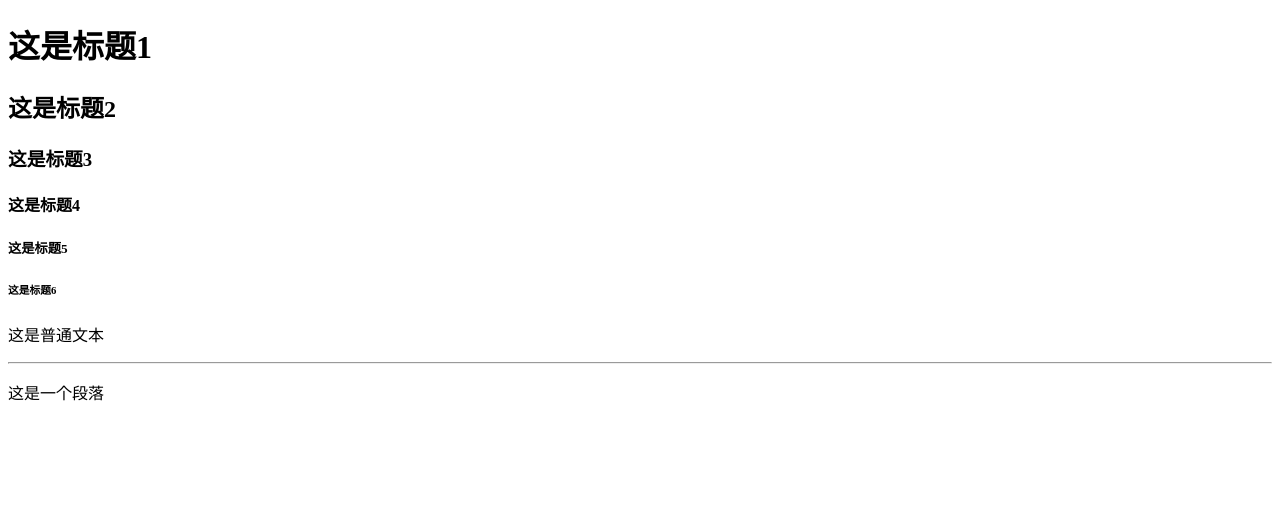
Repository: weizhang05g/learninghtml
Page: html标题段落.html
These files come from the project's save history. The page is drawn as it stood at one moment and after the next save; the edit follows.
The browser window is 1280 px wide. The pictures show the whole page.

Above is the page before, as saved 2019-12-19 09:17:05.

After the next save:
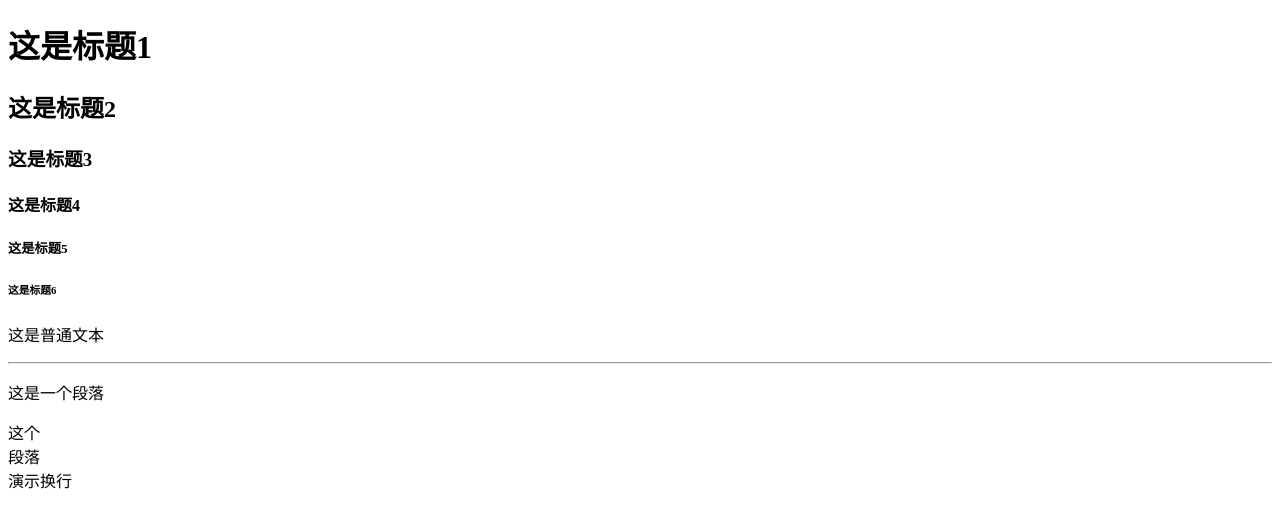
Saved 77 s later.
--- a/html标题段落.html
+++ b/html标题段落.html
@@ -21,5 +21,6 @@
 
     <!--段落-->
     <p>这是一个段落</p>
+    <p>这个<br />段落<br />演示换行</p>
 </body>
 </html>
